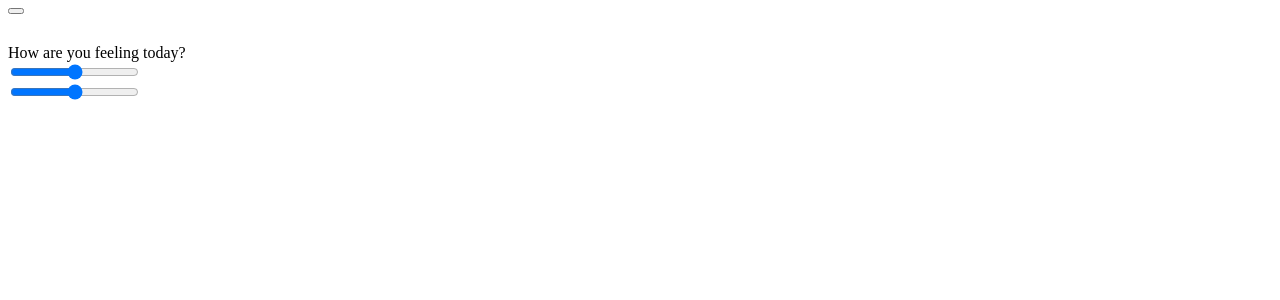
Repository: agustinbaretto/rainbow
Page: templates/rainbow.html
The author's editor kept a record of every edit. The page is drawn from the files as they stood at one moment, then again after the next edit.
The browser window is 1280 px wide. The pictures show the whole page.

Above is the page before.

After the next edit:
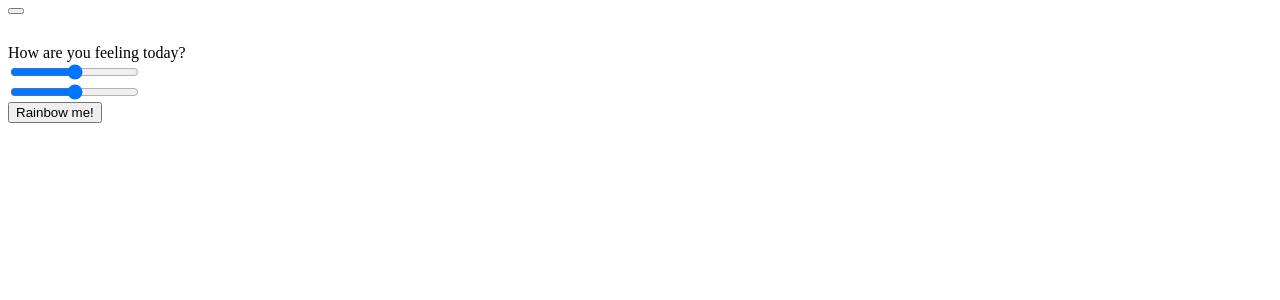
The edit:
--- a/templates/rainbow.html
+++ b/templates/rainbow.html
@@ -44,7 +44,7 @@
         <i class="icon ion-ios7-sunny-outline"></i>
         <input type="range" name="clouds" ng-model="mood.clouds" min="0" max="30">
         <i class="icon ion-ios7-cloudy"></i>
-      </div>
+      </div-->
       <button class="button button-block button-positive" ng-click="makeColor(mood)">
         Rainbow me!
       </button>
